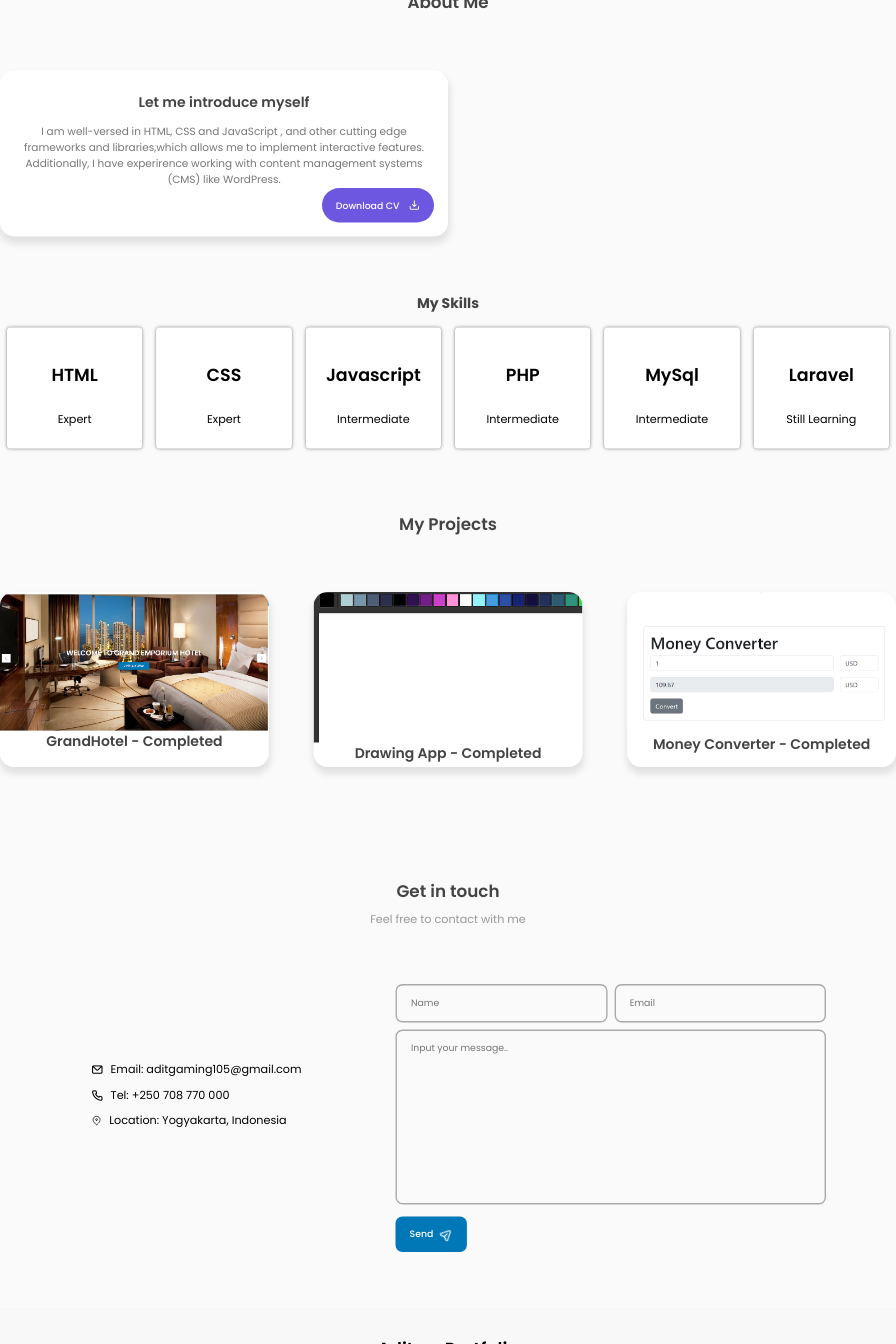
Repository: 4Kbrain/Portofolio
Page: index.html
An editor plug-in stored every save of this project. The page is shown before and after the next save, followed by the edit.
The browser window is 1280 px wide. The pictures show the part of the page from y = 814 to 2734 px (the page is 3007 px tall), at 70% of full size.

Above is the page before, as saved 2024-05-15 17:51:38.
Console error: ReferenceError: ScrollReveal is not defined

After the next save:
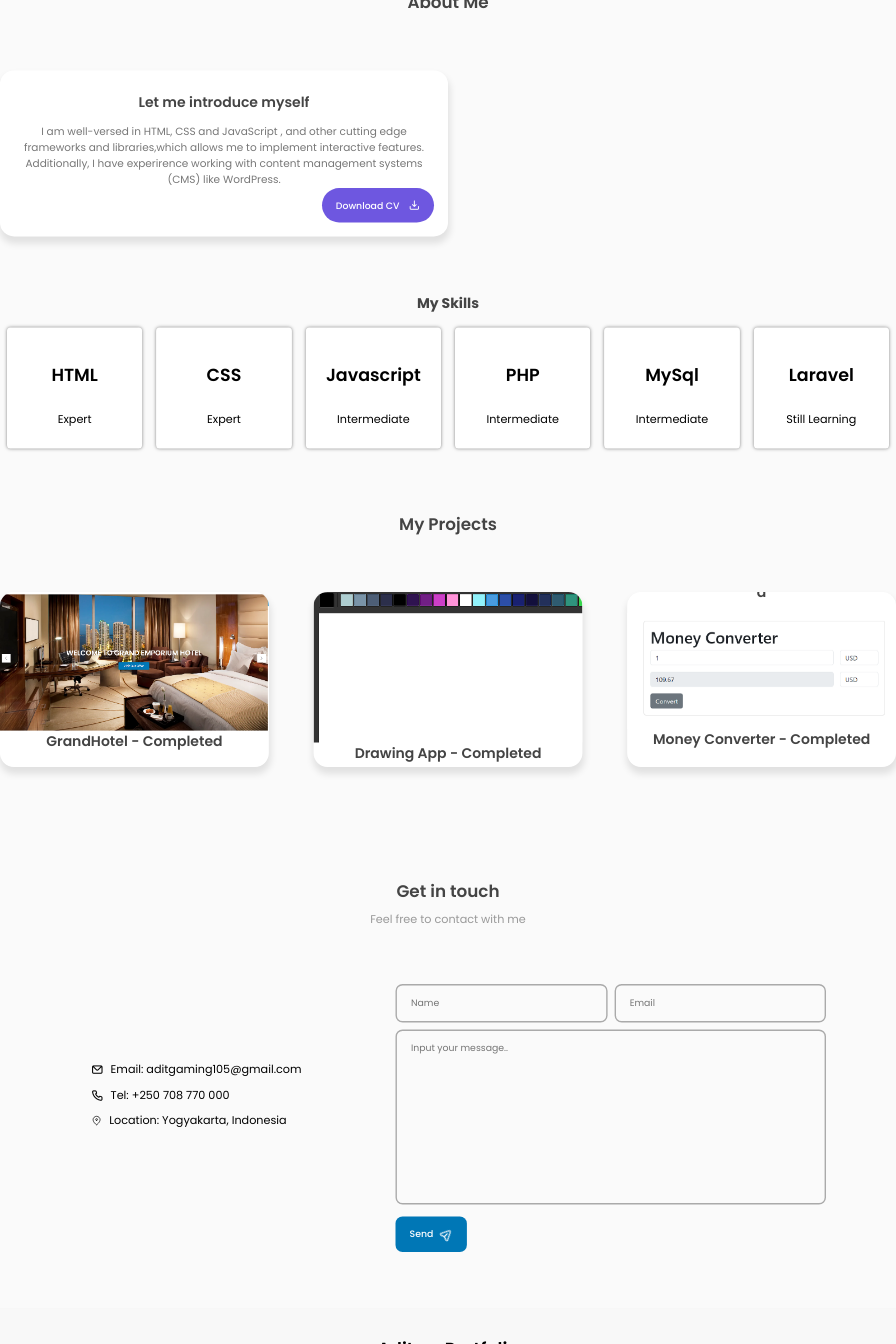
Saved 8 s later.
--- a/index.html
+++ b/index.html
@@ -190,7 +190,6 @@
             </div>
             <div class="project-box">
                 <h3 class="clear">a</h3>
-                <h3 class="clear"></h3>
                 <img src="assets/img/money.png" alt="3" class="project-image">
                 <h3>Money Converter - Completed</h3>
                 <label> - </label>
